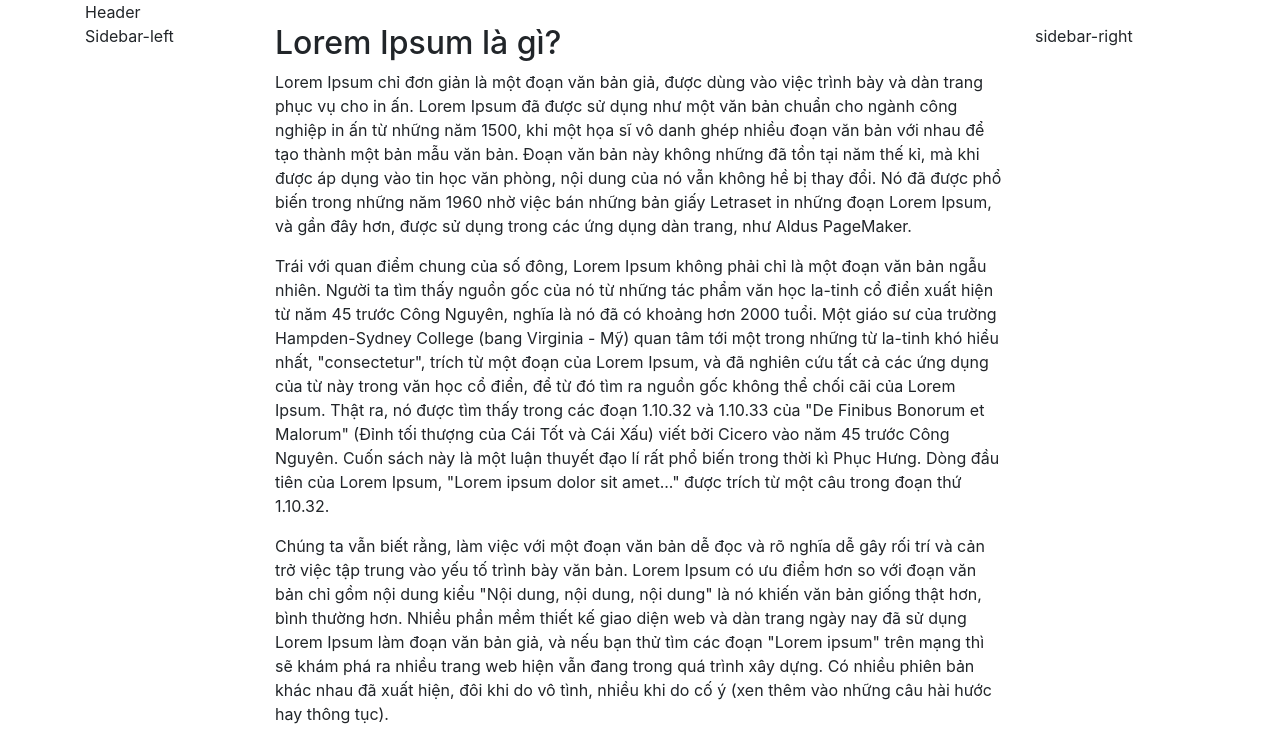
Repository: anhtu2110/front_end
Page: lesson/bootstrap/grid-layout/2.3.ex-ex_layout_3_col.html
An editor plug-in stored every save of this project. The page is shown before and after the next save, followed by the edit.
The browser window is 1280 px wide. The pictures show the whole page.

Above is the page before, as saved 2022-12-01 16:37:47.

### lesson/bootstrap/grid-layout/2.3.ex-ex_layout_3_col.html
<!DOCTYPE html>
<html lang="en">
  <head>
    <meta charset="UTF-8" />
    <meta http-equiv="X-UA-Compatible" content="IE=edge" />
    <meta name="viewport" content="width=device-width, initial-scale=1.0" />
    <link rel="stylesheet" href="./bootstrap/css/bootstrap.min.css" />
    <title>Xây dựng layout 3 cột với bootstrap</title>
  </head>
  <body>
    <div id="wrapper">
      <div id="header">
        <div class="container">
          <div class="row">
            <div class="col-12">Header</div>
          </div>
        </div>
      </div>
      <!-- END HEADER  -->
      <div id="wp-content">
        <div class="container">
          <div class="row">
            <div class="col-2">Sidebar-left</div>
            <div class="col-8">
              <h2>Lorem Ipsum là gì?</h2>
              <p>
                Lorem Ipsum chỉ đơn giản là một đoạn văn bản giả, được dùng vào
                việc trình bày và dàn trang phục vụ cho in ấn. Lorem Ipsum đã
                được sử dụng như một văn bản chuẩn cho ngành công nghiệp in ấn
                từ những năm 1500, khi một họa sĩ vô danh ghép nhiều đoạn văn
                bản với nhau để tạo thành một bản mẫu văn bản. Đoạn văn bản này
                không những đã tồn tại năm thế kỉ, mà khi được áp dụng vào tin
                học văn phòng, nội dung của nó vẫn không hề bị thay đổi. Nó đã
                được phổ biến trong những năm 1960 nhờ việc bán những bản giấy
                Letraset in những đoạn Lorem Ipsum, và gần đây hơn, được sử dụng
                trong các ứng dụng dàn trang, như Aldus PageMaker.
              </p>
              <p>
                Trái với quan điểm chung của số đông, Lorem Ipsum không phải chỉ
                là một đoạn văn bản ngẫu nhiên. Người ta tìm thấy nguồn gốc của
                nó từ những tác phẩm văn học la-tinh cổ điển xuất hiện từ năm 45
                trước Công Nguyên, nghĩa là nó đã có khoảng hơn 2000 tuổi. Một
                giáo sư của trường Hampden-Sydney College (bang Virginia - Mỹ)
                quan tâm tới một trong những từ la-tinh khó hiểu nhất,
                "consectetur", trích từ một đoạn của Lorem Ipsum, và đã nghiên
                cứu tất cả các ứng dụng của từ này trong văn học cổ điển, để từ
                đó tìm ra nguồn gốc không thể chối cãi của Lorem Ipsum. Thật ra,
                nó được tìm thấy trong các đoạn 1.10.32 và 1.10.33 của "De
                Finibus Bonorum et Malorum" (Đỉnh tối thượng của Cái Tốt và Cái
                Xấu) viết bởi Cicero vào năm 45 trước Công Nguyên. Cuốn sách này
                là một luận thuyết đạo lí rất phổ biến trong thời kì Phục Hưng.
                Dòng đầu tiên của Lorem Ipsum, "Lorem ipsum dolor sit amet..."
                được trích từ một câu trong đoạn thứ 1.10.32.
              </p>
              <p>
                Chúng ta vẫn biết rằng, làm việc với một đoạn văn bản dễ đọc và
                rõ nghĩa dễ gây rối trí và cản trở việc tập trung vào yếu tố
                trình bày văn bản. Lorem Ipsum có ưu điểm hơn so với đoạn văn
                bản chỉ gồm nội dung kiểu "Nội dung, nội dung, nội dung" là nó
                khiến văn bản giống thật hơn, bình thường hơn. Nhiều phần mềm
                thiết kế giao diện web và dàn trang ngày nay đã sử dụng Lorem
                Ipsum làm đoạn văn bản giả, và nếu bạn thử tìm các đoạn "Lorem
                ipsum" trên mạng thì sẽ khám phá ra nhiều trang web hiện vẫn
                đang trong quá trình xây dựng. Có nhiều phiên bản khác nhau đã
                xuất hiện, đôi khi do vô tình, nhiều khi do cố ý (xen thêm vào
                những câu hài hước hay thông tục).
              </p>
            </div>
            <div class="col-2">sidebar-right</div>
          </div>
        </div>
      </div>
      <!-- END WP-CONTENT  -->
      <div id="footer"></div>
      <!-- END FOOTER  -->
    </div>
  </body>
</html>

Loaded but not shown: lesson/bootstrap/grid-layout/bootstrap/css/bootstrap.min.css (library)

After the next save:
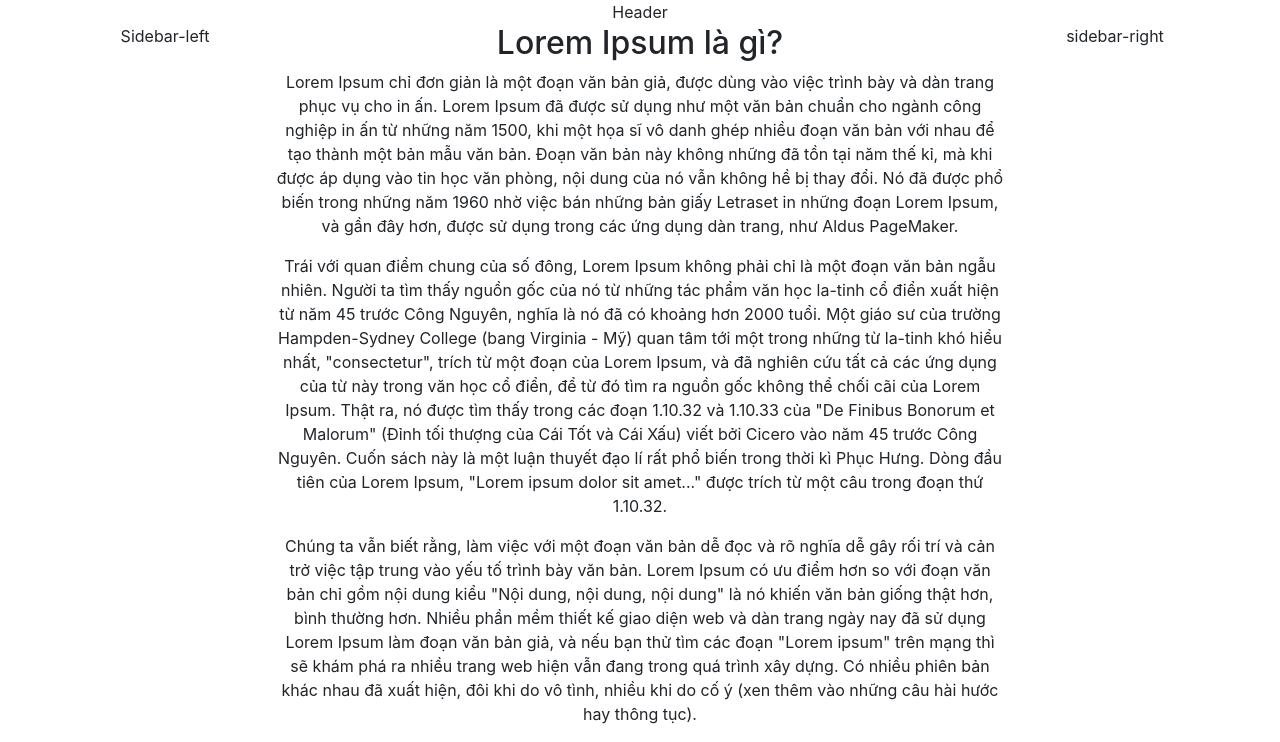
Saved 24 s later.
--- a/lesson/bootstrap/grid-layout/2.3.ex-ex_layout_3_col.html
+++ b/lesson/bootstrap/grid-layout/2.3.ex-ex_layout_3_col.html
@@ -8,7 +8,7 @@
     <title>Xây dựng layout 3 cột với bootstrap</title>
   </head>
   <body>
-    <div id="wrapper">
+    <div id="wrapper" class="text-center">
       <div id="header">
         <div class="container">
           <div class="row">

After the save that followed:
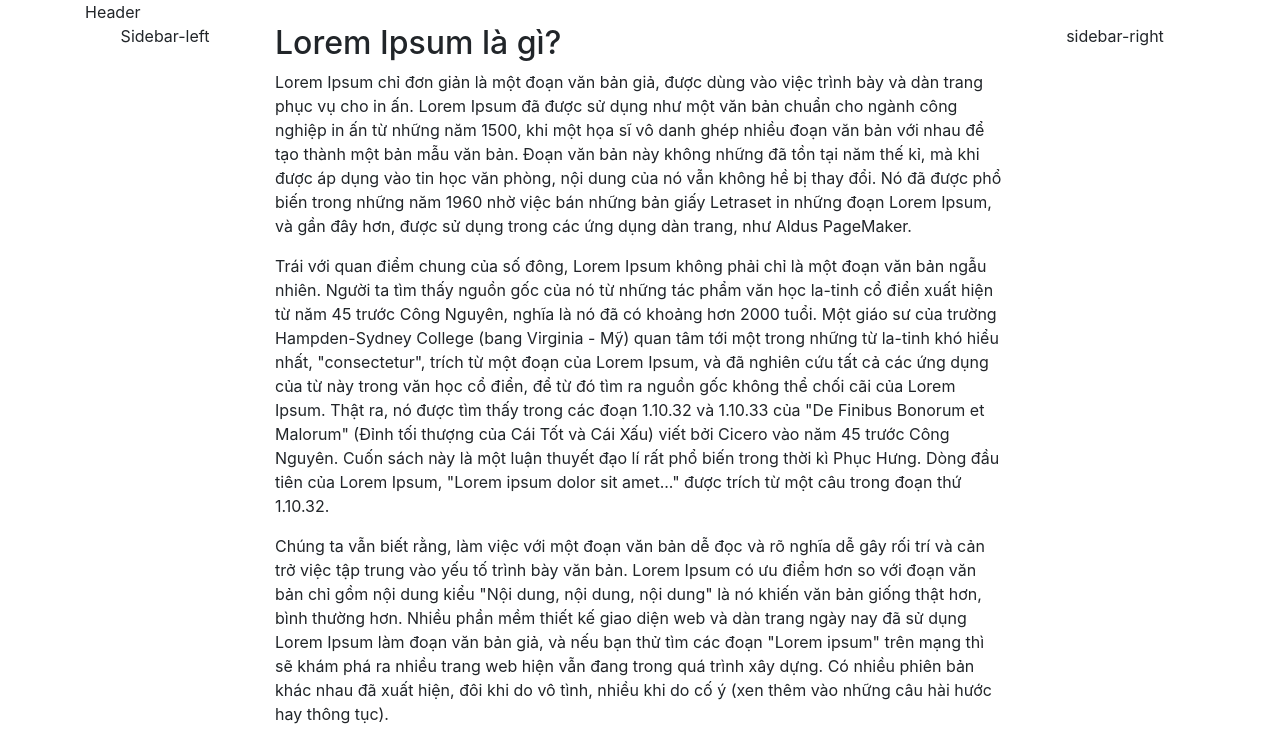
Saved 56 s later.
--- a/lesson/bootstrap/grid-layout/2.3.ex-ex_layout_3_col.html
+++ b/lesson/bootstrap/grid-layout/2.3.ex-ex_layout_3_col.html
@@ -8,7 +8,7 @@
     <title>Xây dựng layout 3 cột với bootstrap</title>
   </head>
   <body>
-    <div id="wrapper" class="text-center">
+    <div id="wrapper">
       <div id="header">
         <div class="container">
           <div class="row">
@@ -20,7 +20,7 @@
       <div id="wp-content">
         <div class="container">
           <div class="row">
-            <div class="col-2">Sidebar-left</div>
+            <div class="col-2 text-center">Sidebar-left</div>
             <div class="col-8">
               <h2>Lorem Ipsum là gì?</h2>
               <p>
@@ -66,7 +66,7 @@
                 những câu hài hước hay thông tục).
               </p>
             </div>
-            <div class="col-2">sidebar-right</div>
+            <div class="col-2 text-center">sidebar-right</div>
           </div>
         </div>
       </div>
